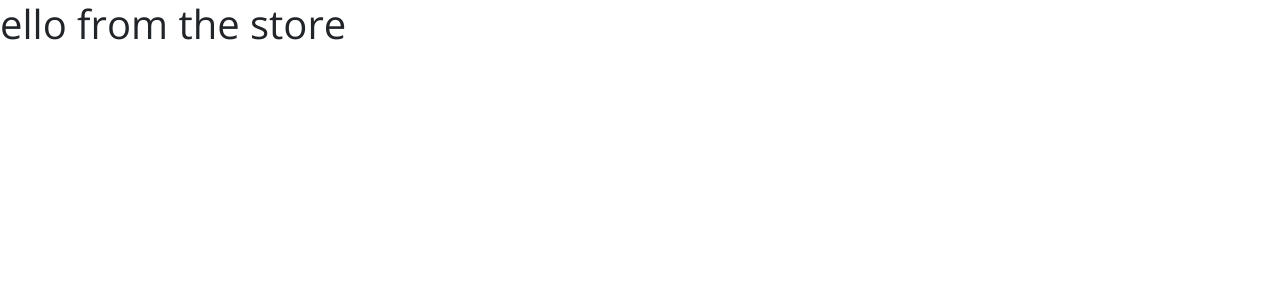
Repository: CaptainStorm21/react16-techstore
Page: /
The author's editor kept a copy of each file at every save. The page is drawn from the files as they stood at one save, then again after a run of saves.
The browser window is 1280 px wide. The pictures show the whole page.
Some web fonts or font styles are not loaded; a fallback is used. The project was rebuilt for these pictures with package versions that can differ from the ones it lists, and the page was loaded fresh each time.

Above is the page before, as saved 2020-05-06 21:24:36.

### public/index.html
<!DOCTYPE html>
<html lang="en">
  <head>
    <meta charset="utf-8" />
    <link rel="icon" href="%PUBLIC_URL%/favicon.ico" />
    <meta name="viewport" content="width=device-width, initial-scale=1" />
    <meta name="theme-color" content="#000000" />
    <meta
      name="description"
      content="Web site created using create-react-app"
    />
    <link rel="apple-touch-icon" href="%PUBLIC_URL%/logo192.png" />
    <!--
      manifest.json provides metadata used when your web app is installed on a
      user's mobile device or desktop. See https://developers.google.com/web/fundamentals/web-app-manifest/
    -->
    <link rel="manifest" href="%PUBLIC_URL%/manifest.json" />
    <!--
      Notice the use of %PUBLIC_URL% in the tags above.
      It will be replaced with the URL of the `public` folder during the build.
      Only files inside the `public` folder can be referenced from the HTML.

      Unlike "/favicon.ico" or "favicon.ico", "%PUBLIC_URL%/favicon.ico" will
      work correctly both with client-side routing and a non-root public URL.
      Learn how to configure a non-root public URL by running `npm run build`.
    -->
    <title>Tech Store</title>
  </head>
  <body>
    <noscript>You need to enable JavaScript to run this app.</noscript>
    <div id="root"></div>
    <!--
      This HTML file is a template.
      If you open it directly in the browser, you will see an empty page.

      You can add webfonts, meta tags, or analytics to this file.
      The build step will place the bundled scripts into the <body> tag.

      To begin the development, run `npm start` or `yarn start`.
      To create a production bundle, use `npm run build` or `yarn build`.
    -->
  </body>
</html>

### src/App.js
import React from 'react';
import './App.css';
import  'bootstrap/dist/css/bootstrap.min.css'

function App() {
  return (
    <div >
     <h1>ello from the store</h1>
    </div>
  );
}

export default App;

### src/App.css
@import url('https://fonts.googleapis.com/css?family=Monda:400,700|Open+Sans:400,700|Raleway:400,700&display=swap');

/* font-family: 'Raleway', sans-serif;
font-family: 'Open Sans', sans-serif;
font-family: 'Monda', sans-serif; */
*/

:root{
  --primaryColor:  #0a74bb;
  ---primaryRGBA: #0000000;
}

body{
  font-family: 'Open Sans', sans-serif  !important;
}

Loaded but not shown: src/index.js (common file); src/index.css (common file); src/serviceWorker.js (common file)

After the next 2 saves:
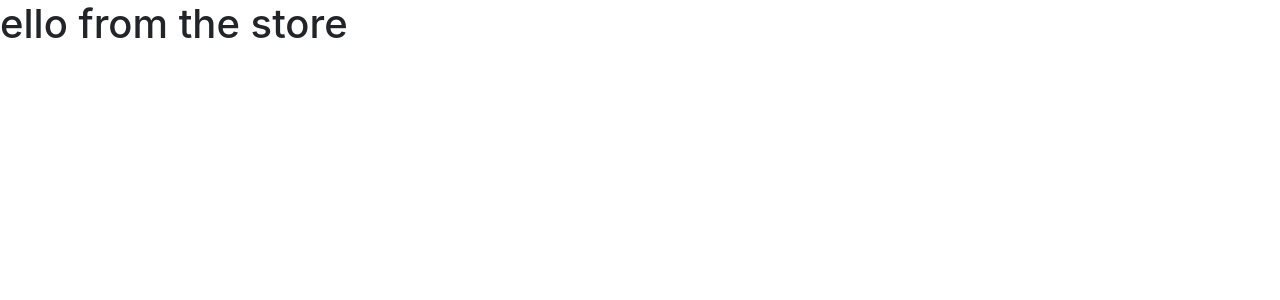
The 2 saves are shown as one change because they came seconds apart.
The last was saved 6 s later.
--- a/src/App.css
+++ b/src/App.css
@@ -7,8 +7,7 @@
 
 :root{
   --primaryColor:  #0a74bb;
-  ---primaryRGBA: #0000000;
-}
+  ---primaryRGBA:  #
 
 body{
   font-family: 'Open Sans', sans-serif  !important;

After the 6 saves that followed:
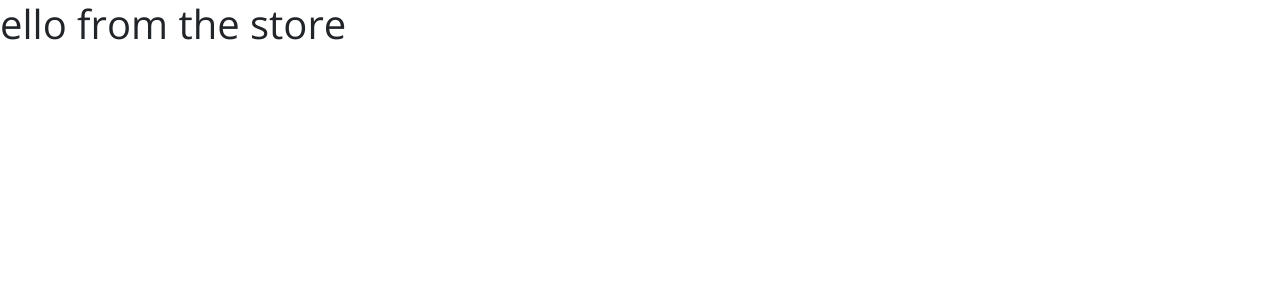
The 6 saves are shown as one change because 2 left the picture as it was and some came seconds apart.
The last was saved 96 s later.
--- a/src/App.css
+++ b/src/App.css
@@ -3,11 +3,12 @@
 /* font-family: 'Raleway', sans-serif;
 font-family: 'Open Sans', sans-serif;
 font-family: 'Monda', sans-serif; */
-*/
+
 
 :root{
   --primaryColor:  #0a74bb;
-  ---primaryRGBA:  #
+  --primaryRGBA:  #1A1110;
+
 
 body{
   font-family: 'Open Sans', sans-serif  !important;
